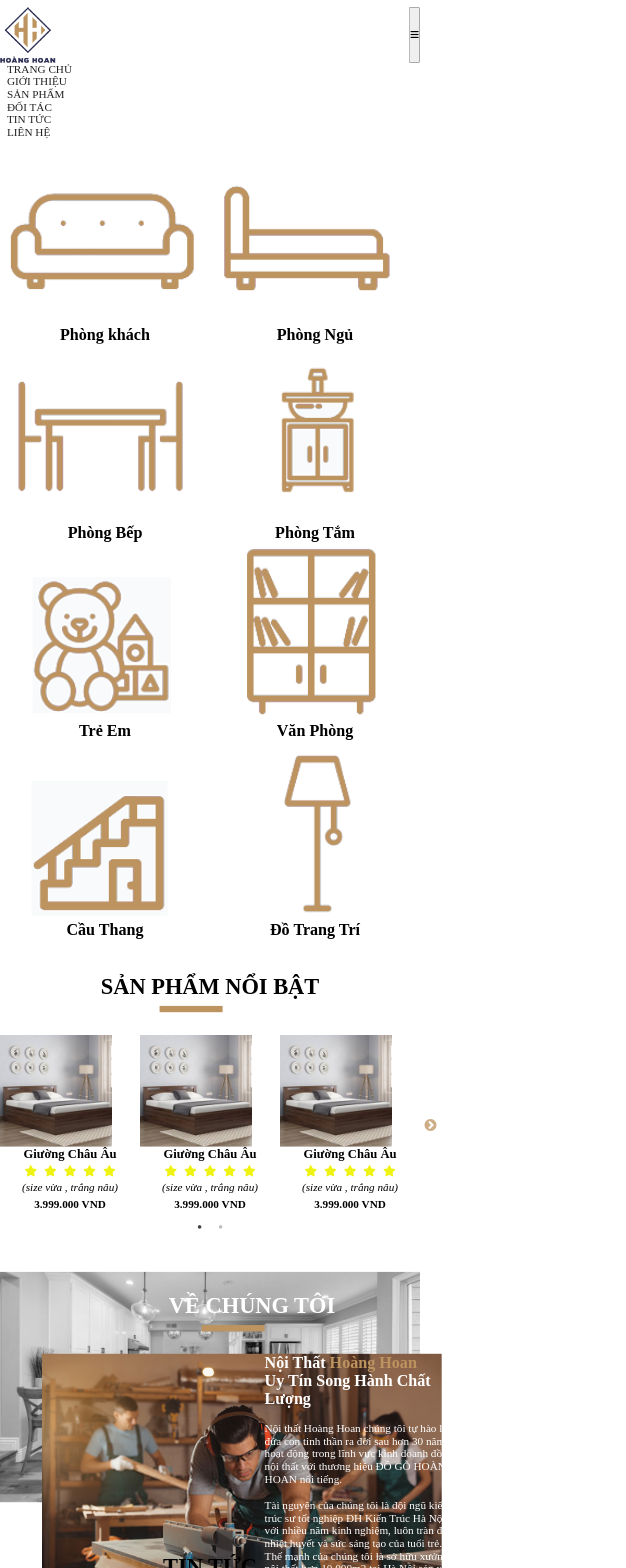
Repository: LDDUNG2003/front_end
Page: index.html
These files come from the project's save history. The page is drawn as it stood at one moment and after the next save; the edit follows.
The browser window is 600 px wide. The page is 894 px wide, so the pictures cover 894 px, including what lies to the right of the window. The pictures show the part of the page from y = 0 to 2240 px (the page is 3331 px tall before and 3223 px after), at 70% of full size.
Some web libraries are served in a nearby version.

Above is the page before, as saved 2023-08-29 16:06:37.

### index.html
<!DOCTYPE html>
<html lang="en">

<head>
    <meta charset="UTF-8">
    <meta name="viewport" content="width=device-width, initial-scale=1.0">
    <title>Document</title>
    <link rel="stylesheet" href="https://cdnjs.cloudflare.com/ajax/libs/font-awesome/6.4.2/css/all.min.css" integrity="sha512-z3gLpd7yknf1YoNbCzqRKc4qyor8gaKU1qmn+CShxbuBusANI9QpRohGBreCFkKxLhei6S9CQXFEbbKuqLg0DA==" crossorigin="anonymous" referrerpolicy="no-referrer"
    />
    <link rel="stylesheet" type="text/css" href="//cdn.jsdelivr.net/npm/slick-carousel@1.8.1/slick/slick.css" />
    <link rel="stylesheet" type="text/css" href="//cdn.jsdelivr.net/npm/slick-carousel@1.8.1/slick/slick-theme.css" />
    <link rel="stylesheet" href="./public/css/base.css">
    <link rel="stylesheet" href="./public/css/home.css">
    <link rel="stylesheet" href="./public/css/responsive.css">
    <script src="https://kit.fontawesome.com/9ffed7d99e.js" crossorigin="anonymous"></script>
</head>
<div class="main">
    <div class="header">
        <div class="navBar">
            <div class="logo--block">
                <img src="./public/img/logo.png" alt="logo" class="logo">
                <!-- creater mobile menu icon button -->
                <button class="menu-mobile" id="mobileMenu"><i class="fas fa-bars" ></i></button>
            </div>
            <ul class="navBar__list">
                <li class="navBar__list-item"><a href="" class="navBar__list--link">trang chủ</a></li>
                <li class="navBar__list-item">
                    <a href="" class="navBar__list--link">giới thiệu</a>
                </li>
                <li class="navBar__list-item">
                    <a href="" class="navBar__list--link">sản phẩm</a>
                </li>
                <li class="navBar__list-item">
                    <a href="" class="navBar__list--link">đối tác</a>
                </li>
                <li class="navBar__list-item">
                    <a href="" class="navBar__list--link">tin tức</a>
                </li>
                <li class="navBar__list-item">
                    <a href="" class="navBar__list--link">liên hệ</a>
                </li>
            </ul>
        </div>
    </div>
    <div class="content">
        <div class="content__banner">
            <div class="content--list-image">
                <img class="content--image" src="./public/img/banner.png" alt="">
            </div>
            <div class="banner--content">
                <h2 class="banner--content-text-title">THẾ GIỚI NỘI THẤT SỐ 1 VIỆT NAM</h2>
                <h2 class="banner--content-text-title" style="color: var(--primary-color)">hoàng hoan</h2>
                <p class="banner--content-text">Sứ mệnh của chúng tôi là kết hợp hài hòa giữa ý tưởng và mong muốn của khách hàng, đem lại những phút giây thư giãn tuyệt vời bên gia đình và những người thân yêu.</p>
                <button class="banner--button">LIÊN HỆ NGAY</button>
            </div>
        </div>
        <div class="content__focut">
            <ul class="focut--list">
                <li class="focut--item">
                    <img src="./public/img/product/icon-phong-khach.png" alt="" class="focut--img">
                    <h6 class="focut--text">Phòng khách</h6>
                </li>
                <li class="focut--item">
                    <img src="./public/img/product/icon-phong-ngu.png" alt="" class="focut--img">
                    <h6 class="focut--text">Phòng Ngủ</h6>
                </li>
                <li class="focut--item">
                    <img src="./public/img/product/icon-phong-bep.png" alt="" class="focut--img">
                    <h6 class="focut--text">Phòng Bếp</h6>
                </li>
                <li class="focut--item">
                    <img src="./public/img/product/icon-phong-tam.png" alt="" class="focut--img">
                    <h6 class="focut--text">Phòng Tắm</h6>
                </li>
                <li class="focut--item">
                    <img src="./public/img/product/icon-tre-em.png" alt="" class="focut--img">
                    <h6 class="focut--text">Trẻ Em</h6>
                </li>
                <li class="focut--item">
                    <img src="./public/img/product/icon-van-phong.png" alt="" class="focut--img">
                    <h6 class="focut--text">Văn Phòng</h6>
                </li>
                <li class="focut--item">
                    <img src="./public/img/product/icon-cau-thang.png" alt="" class="focut--img">
                    <h6 class="focut--text">Cầu Thang</h6>
                </li>
                <li class="focut--item">
                    <img src="./public/img/product/icon-do-trang-tri.png" alt="" class="focut--img">
                    <h6 class="focut--text">Đồ Trang Trí</h6>
                </li>
            </ul>
        </div>
        <div class="content__featured">
            <h2 class="content--title">SẢN PHẨM NỔI BẬT</h2>
            <ul class="featured--list">
                <li class="featured--item">
                    <img src="./public/img/featured/giuong-ngu.png" alt="" class="featured--img">
                    <div class="featured--content">
                        <h5 class="featured-name">Giường Châu Âu</h5>
                        <ul class="evaluate--list">
                            <li><i class="fa-solid fa-star" style="color: #eff312;"></i></li>
                            <li><i class="fa-solid fa-star" style="color: #eff312;"></i></li>
                            <li><i class="fa-solid fa-star" style="color: #eff312;"></i></li>
                            <li><i class="fa-solid fa-star" style="color: #eff312;"></i></li>
                            <li><i class="fa-solid fa-star" style="color: #eff312;"></i></li>
                        </ul>
                        <i class="note-product">(size vừa , trắng nâu)</i>
                        <p class="price-product">3.999.000 VND</p>
                    </div>
                </li>
                <li class="featured--item">
                    <img src="./public/img/featured/giuong-ngu.png" alt="" class="featured--img">
                    <div class="featured--content">
                        <h5 class="featured-name">Giường Châu Âu</h5>
                        <ul class="evaluate--list">
                            <li><i class="fa-solid fa-star" style="color: #eff312;"></i></li>
                            <li><i class="fa-solid fa-star" style="color: #eff312;"></i></li>
                            <li><i class="fa-solid fa-star" style="color: #eff312;"></i></li>
                            <li><i class="fa-solid fa-star" style="color: #eff312;"></i></li>
                            <li><i class="fa-solid fa-star" style="color: #eff312;"></i></li>
                        </ul>
                        <i class="note-product">(size vừa , trắng nâu)</i>
                        <p class="price-product">3.999.000 VND</p>
                    </div>
                </li>
                <li class="featured--item">
                    <img src="./public/img/featured/giuong-ngu.png" alt="" class="featured--img">
                    <div class="featured--content">
                        <h5 class="featured-name">Giường Châu Âu</h5>
                        <ul class="evaluate--list">
                            <li><i class="fa-solid fa-star" style="color: #eff312;"></i></li>
                            <li><i class="fa-solid fa-star" style="color: #eff312;"></i></li>
                            <li><i class="fa-solid fa-star" style="color: #eff312;"></i></li>
                            <li><i class="fa-solid fa-star" style="color: #eff312;"></i></li>
                            <li><i class="fa-solid fa-star" style="color: #eff312;"></i></li>
                        </ul>
                        <i class="note-product">(size vừa , trắng nâu)</i>
                        <p class="price-product">3.999.000 VND</p>
                    </div>
                </li>
                <li class="featured--item">
                    <img src="./public/img/featured/giuong-ngu.png" alt="" class="featured--img">
                    <div class="featured--content">
                        <h5 class="featured-name">Giường Châu Âu</h5>
                        <ul class="evaluate--list">
                            <li><i class="fa-solid fa-star" style="color: #eff312;"></i></li>
                            <li><i class="fa-solid fa-star" style="color: #eff312;"></i></li>
                            <li><i class="fa-solid fa-star" style="color: #eff312;"></i></li>
                            <li><i class="fa-solid fa-star" style="color: #eff312;"></i></li>
                            <li><i class="fa-solid fa-star" style="color: #eff312;"></i></li>
                        </ul>
                        <i class="note-product">(size vừa , trắng nâu)</i>
                        <p class="price-product">3.999.000 VND</p>
                    </div>
                </li>
                <li class="featured--item">
                    <img src="./public/img/featured/giuong-ngu.png" alt="" class="featured--img">
                    <div class="featured--content">
                        <h5 class="featured-name">Giường Châu Âu</h5>
                        <ul class="evaluate--list">
                            <li><i class="fa-solid fa-star" style="color: #eff312;"></i></li>
                            <li><i class="fa-solid fa-star" style="color: #eff312;"></i></li>
                            <li><i class="fa-solid fa-star" style="color: #eff312;"></i></li>
                            <li><i class="fa-solid fa-star" style="color: #eff312;"></i></li>
                            <li><i class="fa-solid fa-star" style="color: #eff312;"></i></li>
                        </ul>
                        <i class="note-product">(size vừa , trắng nâu)</i>
                        <p class="price-product">3.999.000 VND</p>
                    </div>
                </li>
            </ul>
        </div>
        <div class="about__us">
            <div class="about--background">
                <img src="./public/img/about/bg-about-us.jpg" alt="">
            </div>
            <div class="about__us-bag">
                <div class="about-bag">
                    <div class="about__content ">
                        <h2 class="content--title ">Về Chúng Tôi</h2>
                        <div class="about--block ">
                            <div class="about--content ">
                                <img src="./public/img/about/ve-chung-toi.jpg" alt=" ">
                            </div>
                            <div class="about--content ">
                                <h4 class="about--content--title">Nội Thất <span style="color:var(--primary-color);">Hoàng Hoan</span>
                                    <br> Uy Tín Song Hành Chất Lượng
                                </h4>
                                <div class="about--text--list">
                                    <p class="about--text">Nội thất Hoàng Hoan chúng tôi tự hào là đứa con tinh thần ra đời sau hơn 30 năm hoạt động trong lĩnh vực kinh doanh đồ gỗ nội thất với thương hiệu ĐỒ GỖ HOÀNG HOAN nổi tiếng.</p>
                                    <p class="about--text">Tài nguyên của chúng tôi là đội ngũ kiến trúc sư tốt nghiệp ĐH Kiến Trúc Hà Nội với nhiều năm kinh nghiệm, luôn tràn đầy nhiệt huyết và sức sáng tạo của tuổi trẻ. Thế mạnh của chúng tôi là sở hữu xưởng nội thất hơn
                                        10.000m2 tại Hà Nội sản xuất đa dạng các sản phẩm với giá cả luôn cạnh tranh.</p>
                                </div>
                                <ul class="about--list">
                                    <li class="about--item">
                                        <img src="./public/img/about/ve-chung-toi-1.jpg" alt="" class="about--img">
                                    </li>
                                    <li class="about--item">
                                        <img src="./public/img/about/ve-chung-toi-2.jpg" alt="" class="about--img">
                                    </li>
                                    <li class="about--item">
                                        <img src="./public/img/about/ve-chung-toi-3.jpg" alt="" class="about--img">
                                    </li>
                                    <li class="about--item">
                                        <img src="./public/img/about/ve-chung-toi-4.jpg" alt="" class="about--img">
                                    </li>
                                </ul>
                            </div>
                        </div>
                    </div>
                    <div class="about__content ">
                        <h2 class="content--title ">Vì Sao Nên Chọn Hoàng Hà</h2>
                        <div class="choose__choose">
                            <ul class="choose--list">
                                <li class="choose--item">
                                    <img src="./public/img/about/chinh-sach.jpg" alt="" class="choose-image">
                                    <div class="choose-contain">
                                        <h6 class="choose--content-title">Chính Sách Giá</h6>
                                        <p class="choose--text">tốt nhất và công khai giá trên website</p>
                                    </div>
                                </li>
                                <li class="choose--item">
                                    <img src="./public/img/about/san-pham.jpg" alt="" class="choose-image">
                                    <div class="choose-contain">
                                        <h6 class="choose--content-title">sản xuất</h6>
                                        <p class="choose--text">sản xuất trực tiếp bởi đội ngũ nhân viên hàng đầu</p>
                                    </div>
                                </li>
                                <li class="choose--item">
                                    <img src="./public/img/about/chat-luong.jpg" alt="" class="choose-image">
                                    <div class="choose-contain">
                                        <h6 class="choose--content-title">chất lượng</h6>
                                        <p class="choose--text">cam kết chất lượng sản phẩm và tiến độ thi công</p>
                                    </div>
                                </li>
                                <li class="choose--item">
                                    <img src="./public/img/about/bao-hanh.jpg " alt="" class="choose-image">
                                    <div class="choose-contain">
                                        <h6 class="choose--content-title">bảo hành</h6>
                                        <p class="choose--text">dịch vụ bảo hành tốt nhất khu vực</p>
                                    </div>
                                </li>
                            </ul>
                        </div>
                    </div>
                </div>
            </div>
        </div>
        <div class="news">
            <h2 class="content--title">tin tức</h2>
            <div class="news--contain">
                <div class="news--contain--item">
                    <img class="impotant--grd" src="./public/img/news/tintuc-1.jpg" alt="">
                    <div class="news-contain-impotant">
                        <h3 class="news--impotant-heading">Cách chọn sofa cho phòng khách nhà bạn thêm phần sang trọng</h3>
                        <p class="news--impotant-text">Lorem ipsum dolor sit amet consectetur adipisicing elit. Tempora, fugit ipsum fuga similique error quo, consectetur magni optio distinctio nostrum voluptate rerum voluptates porro maxime beatae non pariatur nobis reprehenderit.</p>
                    </div>
                </div>
                <div class="news--contain--item">
                    <ul class="news--list">
                        <li class="news--list-item">
                            <img src="./public/img/news/tintuc-1.png" alt="">
                            <div class="news--item-contain">
                                <h4 class="new--itemheading">trang trí phòng khách nhà mình thêm năng động</h4>
                                <p class="news--item-contain">Lorem ipsum dolor sit amet consectetur adipisicing elit. Molestiae sed qui et. Quidem ipsam obcaecati inventore totam unde neque voluptates nulla veritatis, illo dolores provident, </p>
                            </div>
                        </li>
                        <li class="news--list-item">
                            <img src="./public/img/news/tintuc-1.png" alt="">
                            <div class="news--item-contain">
                                <h4 class="new--itemheading">trang trí phòng khách nhà mình thêm năng động</h4>
                                <p class="news--item-contain">Lorem ipsum dolor sit amet consectetur adipisicing elit. Molestiae sed qui et. Quidem ipsam obcaecati inventore totam unde neque voluptates nulla veritatis, illo dolores provident, </p>
                            </div>
                        </li>
                        <li class="news--list-item">
                            <img src="./public/img/news/tintuc-1.png" alt="">
                            <div class="news--item-contain">
                                <h4 class="new--itemheading">trang trí phòng khách nhà mình thêm năng động</h4>
                                <p class="news--item-contain">Lorem ipsum dolor sit amet consectetur adipisicing elit. Molestiae sed qui et. Quidem ipsam obcaecati inventore totam unde neque voluptates nulla veritatis, illo dolores provident, </p>
                            </div>
                        </li>
                        <li class="news--list-item">
                            <img src="./public/img/news/tintuc-1.png" alt="">
                            <div class="news--item-contain">
                                <h4 class="new--itemheading">trang trí phòng khách nhà mình thêm năng động</h4>
                                <p class="news--item-contain">Lorem ipsum dolor sit amet consectetur adipisicing elit. Molestiae sed qui et. Quidem ipsam obcaecati inventore totam unde neque voluptates nulla veritatis, illo dolores provident, </p>
                            </div>
                        </li>
                    </ul>
                </div>
            </div>
        </div>
        <div class="content--partner">
            <h2 class="content--title">đối tác</h2>
            <div class="partner--contain">
                <!-- creater list image -->
                <ul class="partner--list">
                    <li class="partner--item">
                        <img src="./public/img/partner/marvella.png" alt="">
                    </li>
                    <li class="partner--item">
                        <img src="./public/img/partner/melissa.png" alt="">
                    </li>
                    <li class="partner--item">
                        <img src="./public/img/partner/muong-thanh.png" alt="">
                    </li>
                    <li class="partner--item">
                        <img src="./public/img/partner/sheraton.png" alt="">
                    </li>
                    <li class="partner--item">
                        <img src="./public/img/partner/sunrise-sapa.png" alt="">
                    </li>
                    <li class="partner--item">
                        <img src="./public/img/partner/the-coffee-house.png" alt="">
                    </li>
                    <li class="partner--item">
                        <img src="./public/img/partner/vinpearl.png" alt="">
                    </li>
                </ul>
            </div>
        </div>
        <div class="content--contact">
            <!-- creater contact background image -->
            <div class="contact--contain">
                <img src="./public/img/lienhe-bg.jpg" alt="" class="contact-bg">
                <div class="contact-contain">
                    <img src="" alt="" class="contact-image">
                </div>
            </div>
        </div>
    </div>
    <div class="footer ">
        <div class="footer__lable">
            <ul class="footer--list">
                <li class="footer--list-item">
                    <h3 class="footer--list-heading">
                        thông tin chung
                    </h3>
                </li>
                <li class="footer--list-item footer--inheri">công ty tnhh hoàng hoan</li>
                <li class="footer--list-item"><i class="fa-solid fa-phone" style="color: #ffffff;"></i>099999999</li>
                <li class="footer--list-item"><i class="fa-regular fa-envelope" style="color: #ffffff;"></i>excepturi@gmail.com
                </li>
                <li class="footer--list-item"><i class="fa-solid fa-location-dot fa-beat" style="color: #ffffff;"></i>26 khương đình , thanh xuân , hà nội</li>
            </ul>
            <ul class="footer--list">
                <li class="footer--list-item">
                    <h3 class="footer--list-heading">về chúng tôi</h3>
                </li>
                <li class="footer--list-item">giới thiệu</li>
                <li class="footer--list-item">sản phẩm</li>
                <li class="footer--list-item">tin tức</li>
                <li class="footer--list-item">đối tác</li>
                <li class="footer--list-item">liên hệ</li>
            </ul>
            <ul class="footer--list">
                <li class="footer--list-item">
                    <h3 class="footer--list-heading">kết nối với chúng tôi</h3>
                </li>
                <li class="footer--list-item">
                    <ul class="footer--list-contact">
                        <li class="fooder--list-contact-item"><i class="fa-brands fa-square-facebook" style="color: #ffffff;"></i></li>
                        <li class="fooder--list-contact-item"><i class="fa-brands fa-instagram" style="color: #ffffff;"></i>
                        </li>
                        <li class="fooder--list-contact-item"><i class="fa-regular fa-envelope" style="color: #fcfcfd;"></i>
                        </li>
                    </ul>
                </li>
                <li class="footer--list-item"><img style="height: 23px;" src="./style/image/ve-chung-toi/chat-luong.jpg" alt=""></li>
            </ul>
        </div>
    </div>
    <script type="text/javascript " src="//code.jquery.com/jquery-1.11.0.min.js "></script>
    <script type="text/javascript " src="//code.jquery.com/jquery-migrate-1.2.1.min.js "></script>
    <script type="text/javascript " src="//cdn.jsdelivr.net/npm/slick-carousel@1.8.1/slick/slick.min.js "></script>
    <script>
        $(document).ready(function() {
            $('.featured--list').slick({
                dots: true,
                infinite: false,
                speed: 300,
                slidesToShow: 4,
                slidesToScroll: 4,
                responsive: [{
                    breakpoint: 1024,
                    settings: {
                        slidesToShow: 3,
                        slidesToScroll: 3,
                        infinite: true,
                        dots: true
                    }
                }, {
                    breakpoint: 600,
                    settings: {
                        slidesToShow: 2,
                        slidesToScroll: 2
                    }
                }, {
                    breakpoint: 480,
                    settings: {
                        slidesToShow: 1,
                        slidesToScroll: 1
                    }
                }]
            });
        });
    </script>
    </body>

</html>

### public/css/responsive.css
@media (min-width:767px) {
    #mobileMenu {
        display: none;
    }
}

@media (max-width: 767px) {
    #mobileMenu {
        display: block;
    }
    .logo--block {
        width: 100%;
        display: flex;
        justify-content: space-between;
    }
    .navBar {
        display: block;
    }
    .navBar__list {
        display: none;
        width: 100%;
    }
    .navBar__list {
        display: block;
    }
    .content__focut {
        position: static;
    }
    .focut--item {
        width: 50%;
    }
    .content__banner {
        display: none;
    }
}

Loaded but not shown: public/css/home.css (312 lines, source omitted); public/css/base.css (153 lines, source omitted)

After the next save:
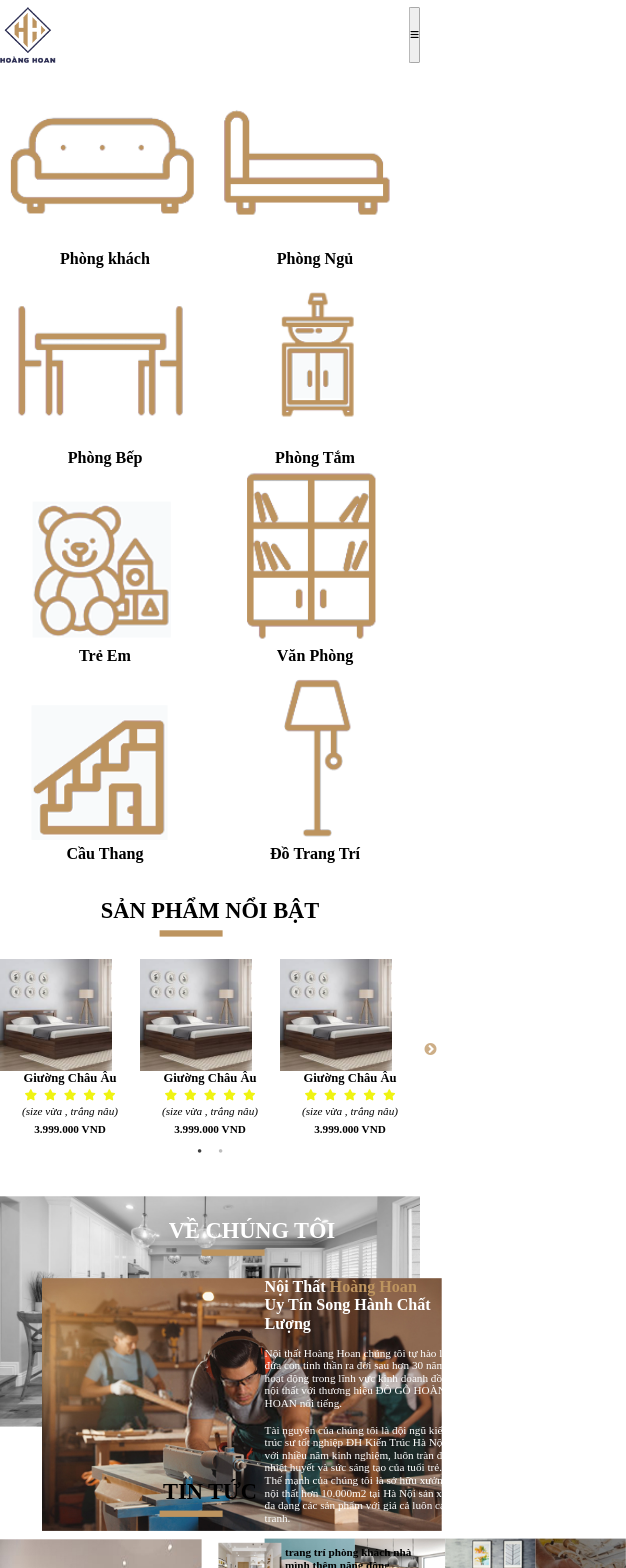
Saved 1 s later.
--- a/public/css/responsive.css
+++ b/public/css/responsive.css
@@ -20,9 +20,6 @@
         display: none;
         width: 100%;
     }
-    .navBar__list {
-        display: block;
-    }
     .content__focut {
         position: static;
     }
